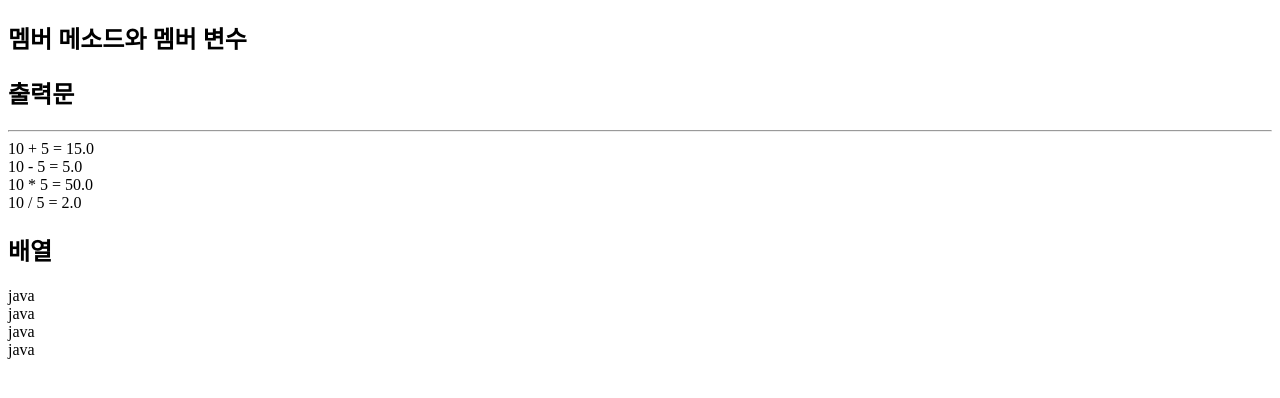
Repository: lhk21go-commits/Jsp2026
Page: http://localhost/chapter01/test04.jsp
These files come from the project's save history. The page is drawn as it stood at one moment and after the next save; the edit follows.
The browser window is 1280 px wide. The pictures show the whole page.
The page is served by Tomcat 9.

Above is the page before, as saved 2026-10-16 03:09:34.

After the next save:
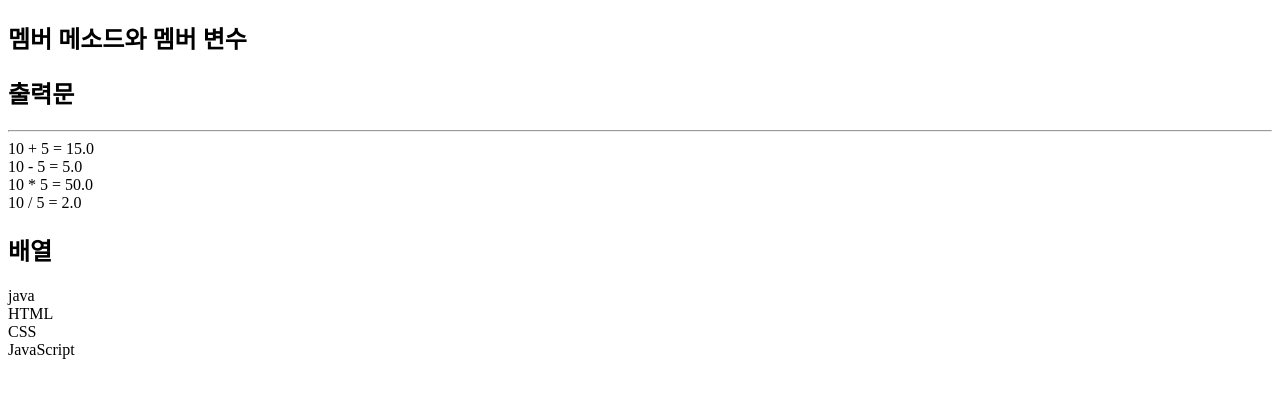
Saved 12 s later.
--- a/chapter01/src/main/webapp/test04.jsp
+++ b/chapter01/src/main/webapp/test04.jsp
@@ -46,7 +46,7 @@
 		String arr[] = {"java","HTML","CSS","JavaScript"};
 		for(int j=0; j<arr.length; j++){
 			/* 표현식 스크립트문법을 사용하지 않고 브라우저를 출력하는 방법  */
-			out.print(arr[i]+"<br/>");
+			out.print(arr[j]+"<br/>");
 		}
 	%>
 
